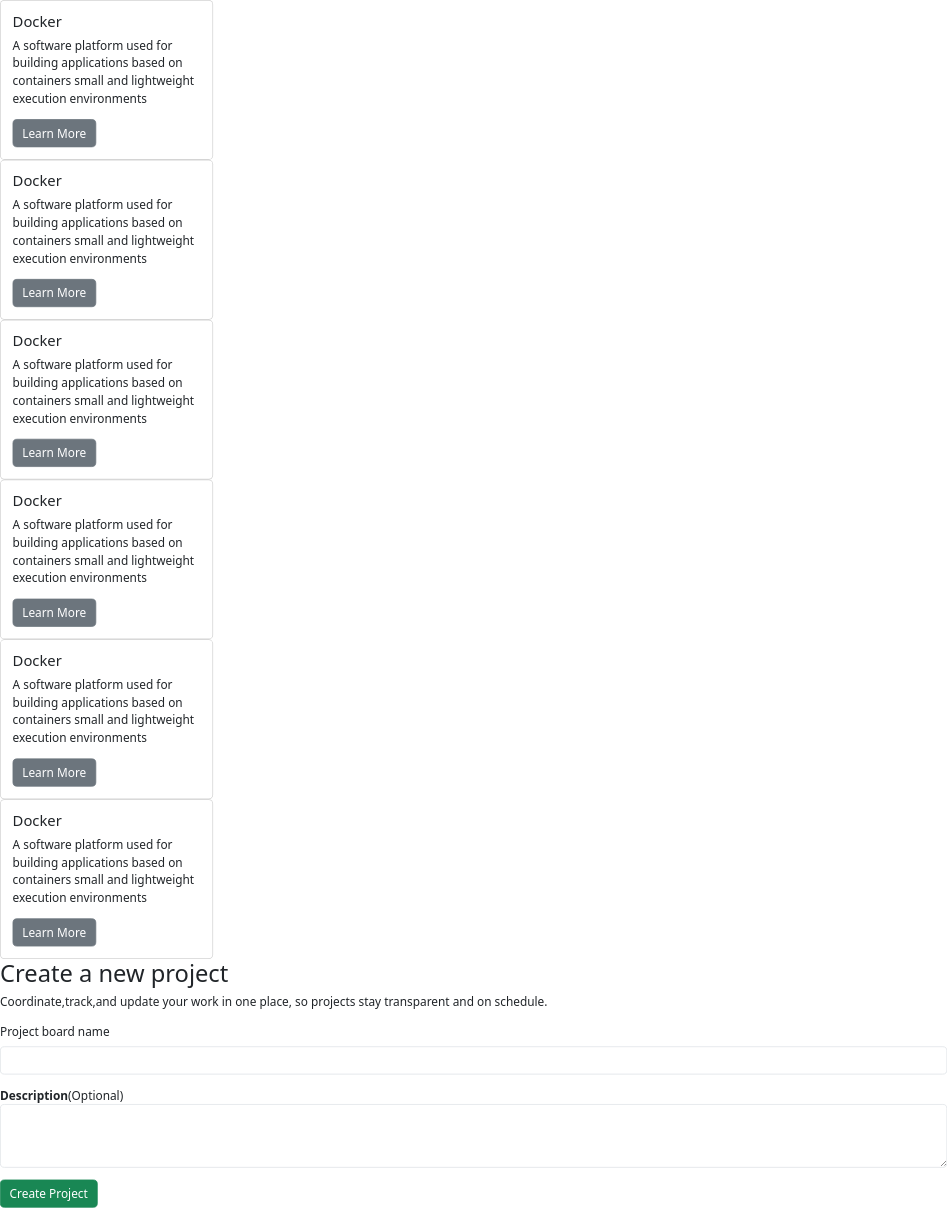
Repository: NSS-Evening-25-Cohort/e25-gitsub-control-alt-defeat
Page: index.html
These files come from the project's save history. The page is drawn as it stood at one moment and after a run of saves; the edit follows.
The browser window is 1280 px wide. The pictures show the whole page, at 74% of full size.

Above is the page before, as saved 2023-11-07 19:30:08.

After the next 5 saves:
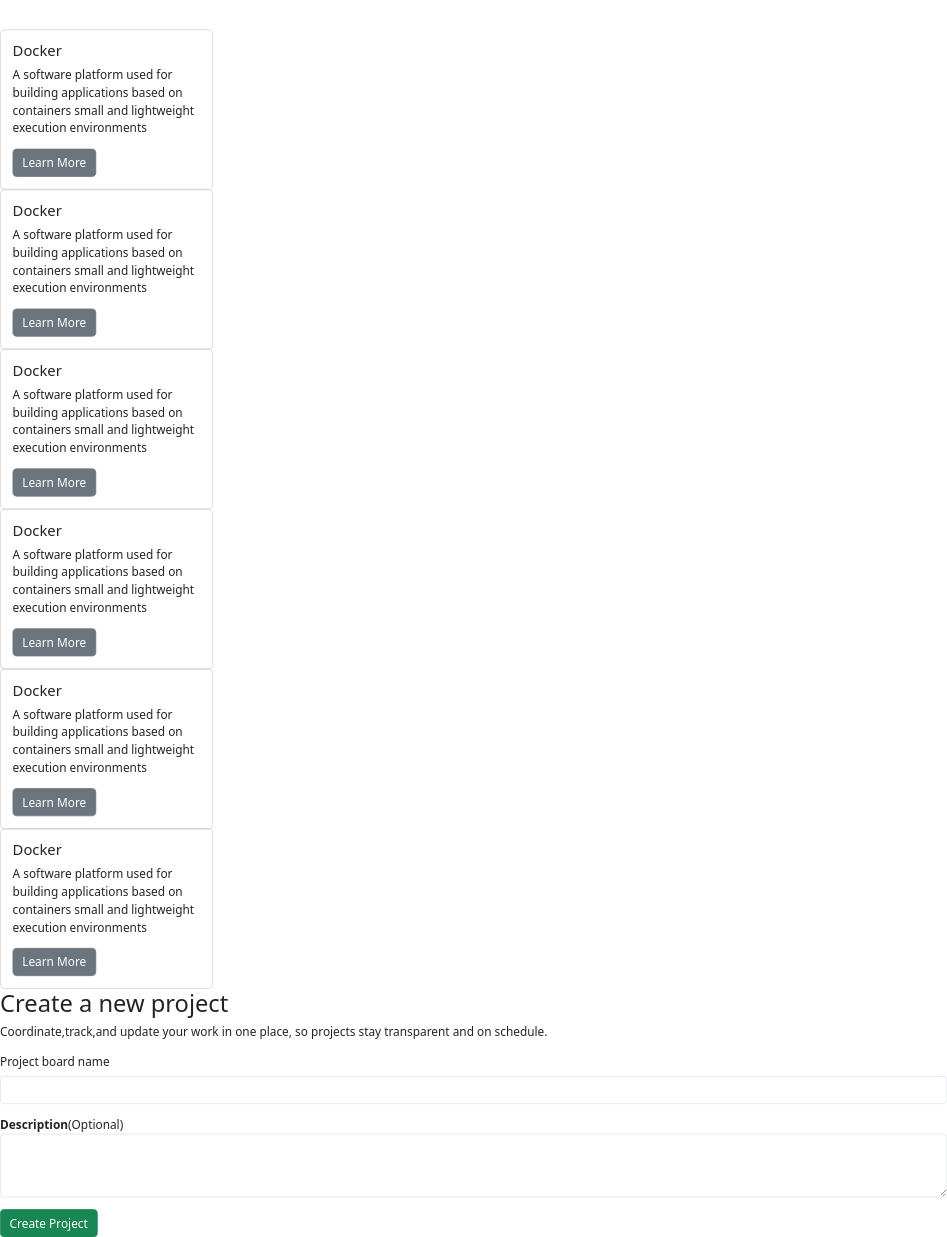
The 5 saves are shown as one change because they came seconds apart.
The last was saved 13 s later.
--- a/main.css
+++ b/main.css
@@ -61,7 +61,8 @@
   display: flex;
   flex-wrap: wrap;
   gap: 20px;
-  justify-content
+  justify-content: space-between;
+  padding:20px;
 }
 .footer {
   display:flex;
